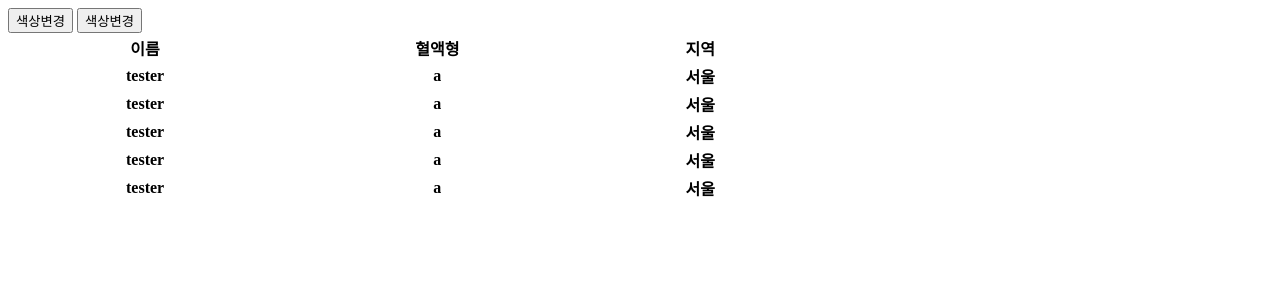
Repository: popconnect/jQuery
Page: http://localhost/jqueryEx01/jquery12.jsp
The author's editor kept a copy of each file at every save. The page is drawn from the files as they stood at one save, then again after the next save.
The browser window is 1280 px wide. The pictures show the whole page.
The page is served by Tomcat 9.

Above is the page before, as saved 2023-05-15 07:12:18.
Console error: TypeError: Cannot set properties of null (setting 'onclick')

After the next save:
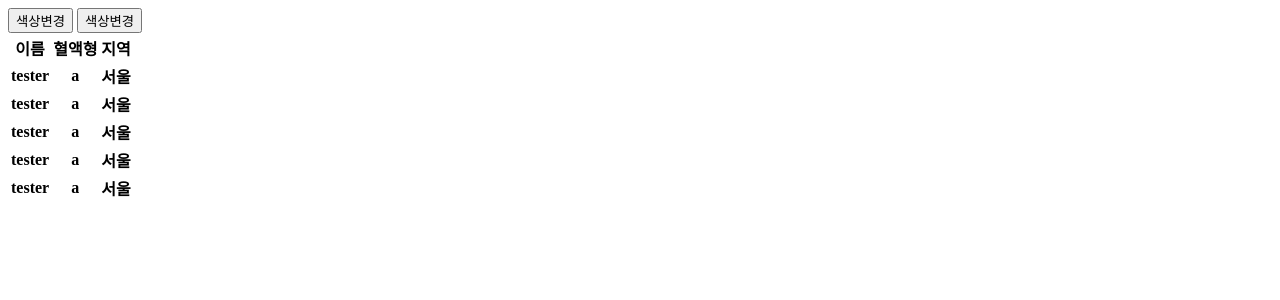
Saved 27 s later.
--- a/jqueryEx01/src/main/webapp/jquery12.jsp
+++ b/jqueryEx01/src/main/webapp/jquery12.jsp
@@ -10,7 +10,7 @@
 <script type="text/javascript">
 //window.jquery => jquery => $
 	$(document).ready(function() {
-		$('table').css('width', '800');
+		$('tr').eq(0).css('width', '800');
 	});
 
 	document.getElementById('btn1').onclick = function() {
